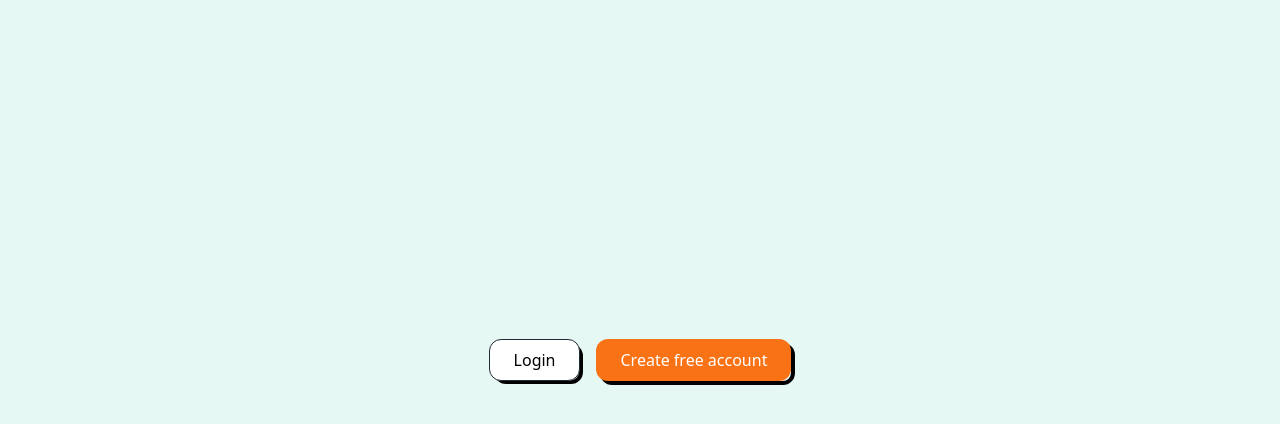
Repository: trusha97/postpilot
Page: button.html
These files come from the project's save history. The page is drawn as it stood at one moment and after the next save; the edit follows.
The browser window is 1280 px wide. The pictures show the whole page.
Some web libraries are served in a nearby version.

Above is the page before, as saved 2025-05-18 18:05:23.

After the next save:
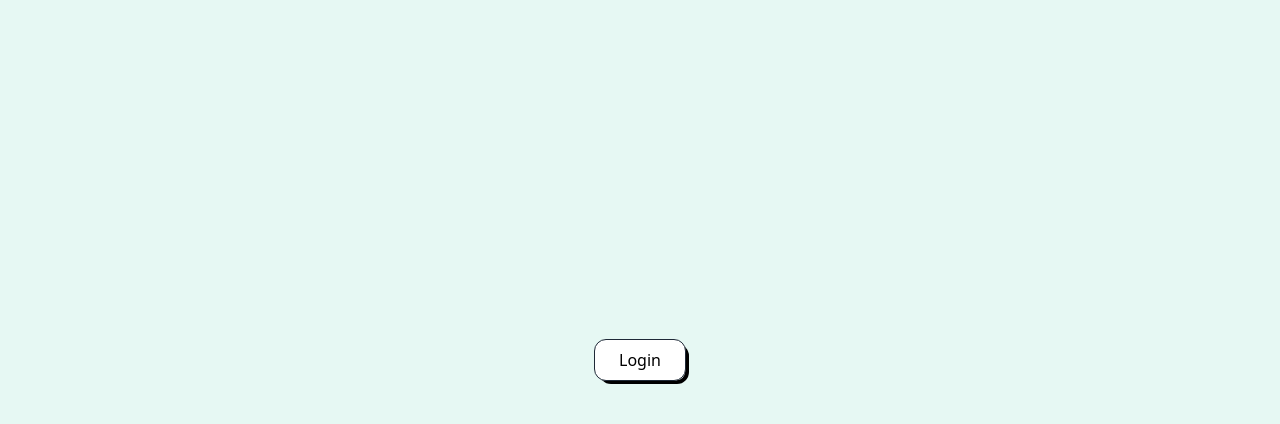
Saved 31 s later.
--- a/button.html
+++ b/button.html
@@ -17,10 +17,10 @@
     </button>
 
     <!-- Create Account Button -->
-    <button class="relative text-white font-medium bg-orange-500 px-6 py-2 rounded-xl">
+    <!-- <button class="relative text-white font-medium bg-orange-500 px-6 py-2 rounded-xl">
       <span class="absolute inset-0 rounded-xl border-4 border-black translate-x-1 translate-y-1 -z-10"></span>
       Create free account
-    </button>
+    </button> -->
   </div>
 
 </body>
